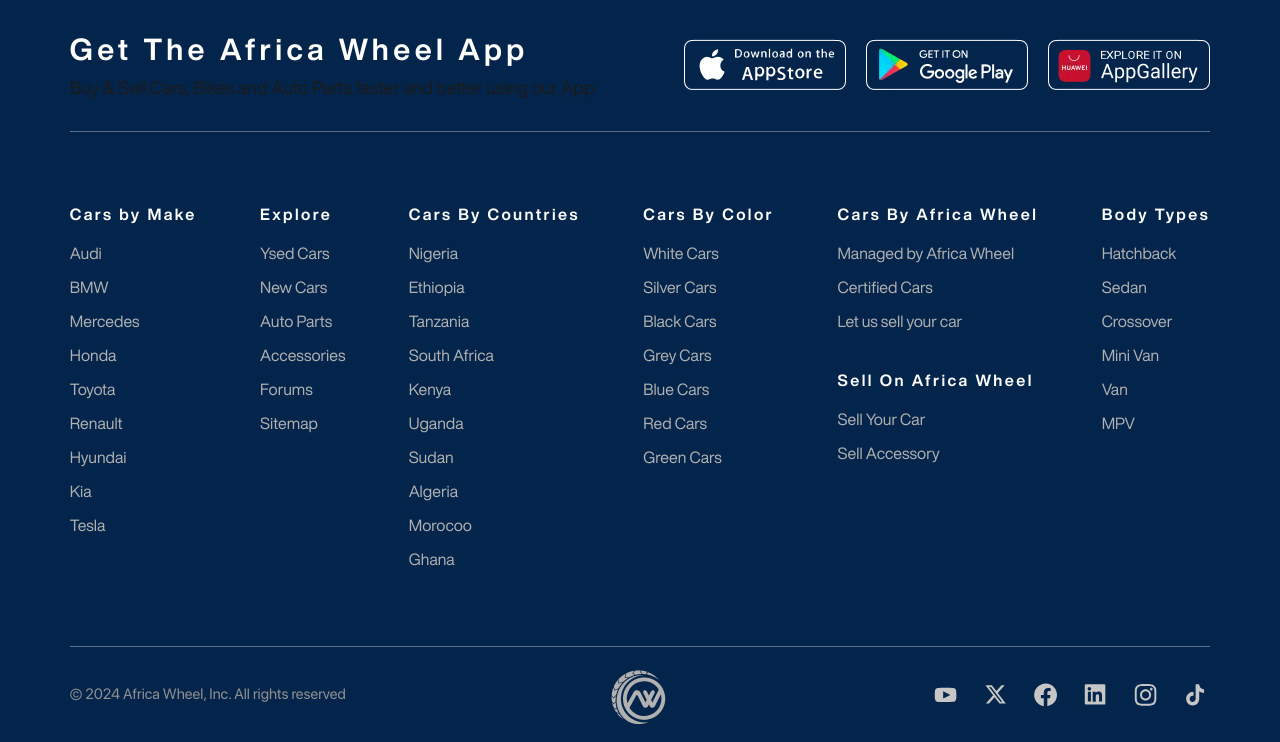
Repository: usmanunitedsol/africa_wheel
Page: pages/index.html
These files come from the project's save history. The page is drawn as it stood at one moment and after the next save; the edit follows.
The browser window is 1280 px wide. The pictures show the whole page.
The style sheet was rebuilt from its Sass, Less or Tailwind sources for each picture, by a compiler version that may differ from the author's.

Above is the page before, as saved 2024-08-29 16:08:45.
Console error: TypeError: Cannot read properties of null (reading 'addEventListener')

After the next save:
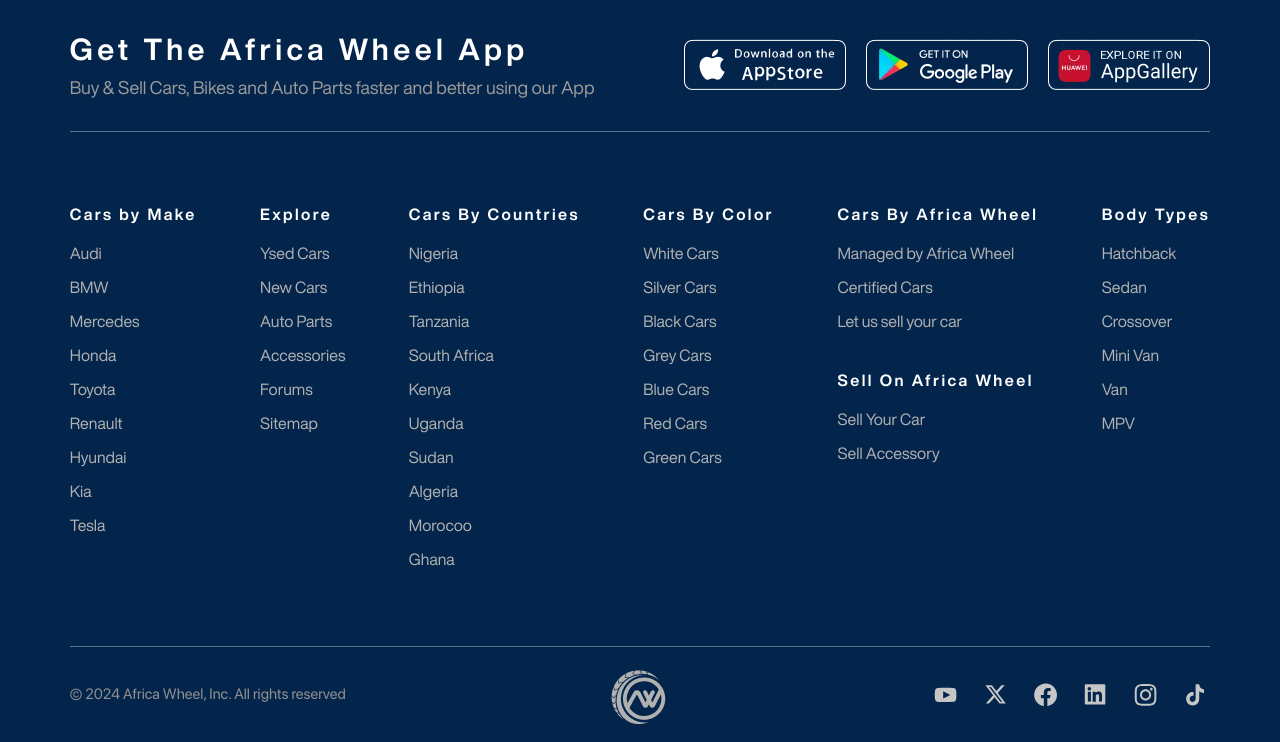
Saved 4 s later.
--- a/assets/style/less/footer.less
+++ b/assets/style/less/footer.less
@@ -119,7 +119,7 @@
             width: 100%;
             .title_block{
                     h2{font-size: 30px; line-height: 38px;font-weight: 600;padding-bottom: 5px;}
-                    p{font-size: 18px; line-height: 28px; color: #1B1B1B;}
+                    p{font-size: 18px; line-height: 28px;}
             }
         }
         .footer_body { padding: 70px 0px; display: flex; justify-content: space-between; grid-gap: 40px; width: 100%; margin: auto;
